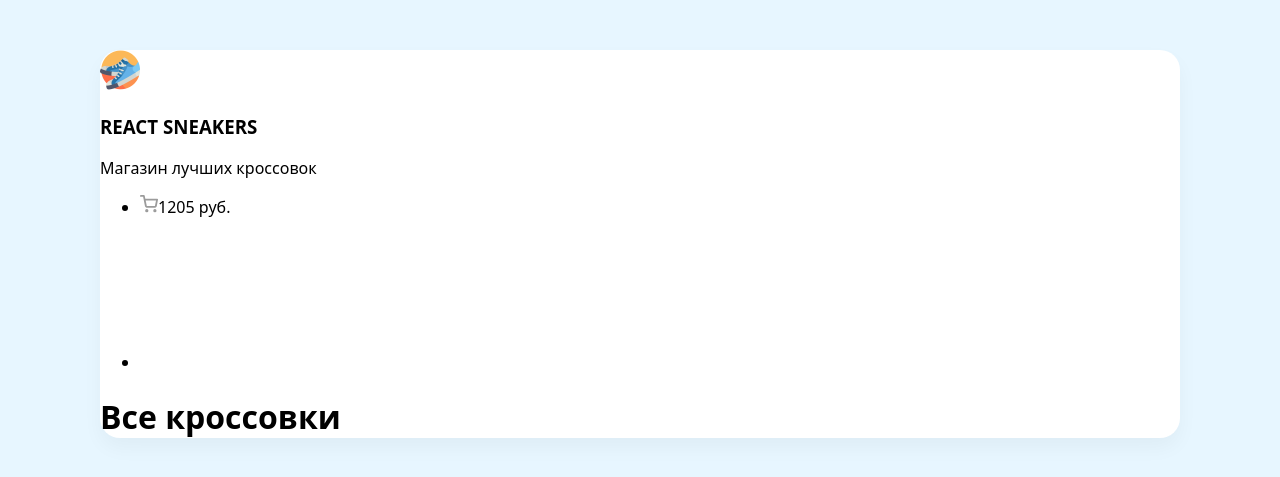
Repository: VaheHarutyunyan/react-sneakers
Page: /
These files come from the project's save history. The page is drawn as it stood at one moment and after the next save; the edit follows.
The browser window is 1280 px wide. The pictures show the whole page.
The project was rebuilt for these pictures with package versions that can differ from the ones it lists, and the page was loaded fresh each time.

Above is the page before, as saved 2021-07-22 12:12:27.

### src/index.scss
body {
  margin: 0;
  font-family: system-ui;
  -webkit-font-smoothing: antialiased;
  -moz-osx-font-smoothing: grayscale;
  background: #E7F6FF;
}
.wrapper{
  background: #FFFFFF;
  box-shadow: 0px 10px 20px rgba(0, 0, 0, 0.04);
  border-radius: 20px;
  max-width: 1080px;
  margin: 50px auto;
}

### src/App.js

function App() {
  return (
    <div className="wrapper">
      <header>
        <div className="headerLeft">
          <img width="40" height="40" src="/img/logo.png" alt="logo" />
          <div className="headerInfo">
            <h3>REACT SNEAKERS</h3>
            <p>Магазин лучших кроссовок</p>
          </div>
        </div>
        <ul className="headerRight">
          <li>
            <img src="/img/cart.svg" width={18} height={18} alt="" />
            <span>1205 руб.</span>
          </li>
          <li>
            <svg />
          </li>
        </ul>
      </header>
      <div className="content">
        <h1>Все кроссовки</h1>
      </div>
    </div>
  );
}

export default App;

Loaded but not shown: public/index.html (common file); src/index.js (common file)

After the next save:
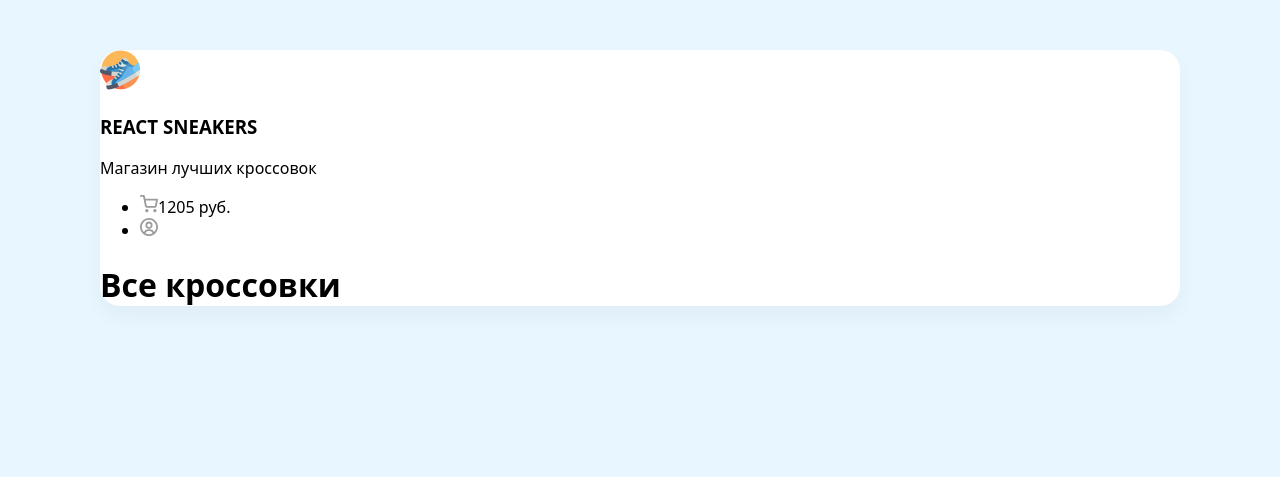
Saved 23 s later.
--- a/src/App.js
+++ b/src/App.js
@@ -16,7 +16,7 @@
             <span>1205 руб.</span>
           </li>
           <li>
-            <svg />
+            <img src="/img/user.svg" width={18} height={18} alt="" />
           </li>
         </ul>
       </header>
